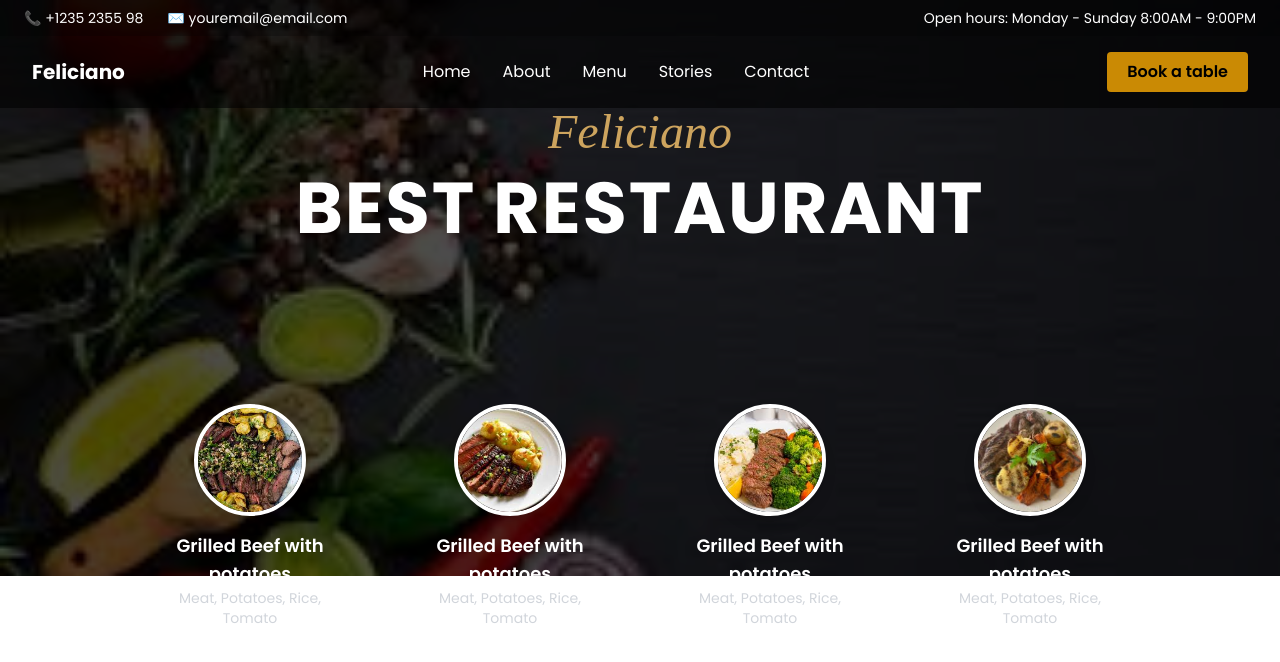
Repository: Purniagithub/Benttacproject
Page: /
The author's editor kept a copy of each file at every save. The page is drawn from the files as they stood at one save, then again after the next save.
The browser window is 1280 px wide. The pictures show the whole page.
Some web fonts or font styles are not loaded; a fallback is used. The project was rebuilt for these pictures with package versions that can differ from the ones it lists, and the page was loaded fresh each time. Also part of the build but not shown: vite.config.js.

Above is the page before, as saved 2025-08-21 14:50:18.

After the next save:
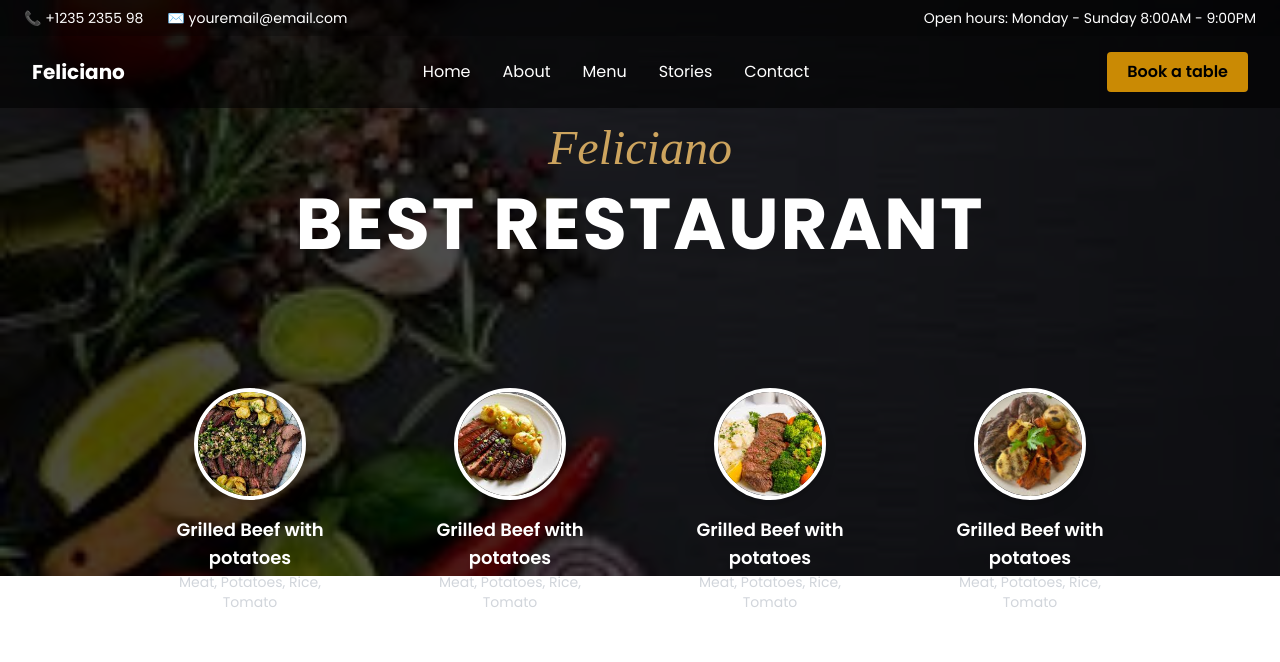
Saved 55 s later.
--- a/src/components/Hero.jsx
+++ b/src/components/Hero.jsx
@@ -10,31 +10,33 @@ const dishes = [
 const Hero = () => {
   return (
     <section
-      className="relative h-[80vh]  bg-cover bg-center flex flex-col justify-center items-center text-white"
+      className="relative h-[80vh] bg-cover bg-center flex flex-col justify-center items-center text-white px-4"
       style={{ backgroundImage: "url('/img-4.jpeg')" }}
     >
       {/* Dark overlay */}
       <div className="absolute inset-0 bg-black/70"></div>
 
       {/* Headings */}
-      <div className="relative z-10 text-center mt-40">
-        <h2 className="text-5xl font-serif italic text-[#CDA45E]">Feliciano</h2>
-        <h1 className="text-7xl font-extrabold tracking-wide mt-4 uppercase">
+      <div className="relative z-10 text-center mt-20 md:mt-32 lg:mt-40">
+        <h2 className="text-3xl md:text-4xl lg:text-5xl font-serif italic text-[#CDA45E]">
+          Feliciano
+        </h2>
+        <h1 className="text-4xl md:text-5xl lg:text-7xl font-extrabold tracking-wide mt-3 md:mt-4 uppercase">
           Best Restaurant
         </h1>
       </div>
 
       {/* Dish Cards */}
-      <div className="relative z-10 grid grid-cols-2 md:grid-cols-4 gap-20 mt-40">
+      <div className="relative z-10 grid grid-cols-1 sm:grid-cols-2 md:grid-cols-4 gap-10 md:gap-16 lg:gap-20 mt-16 md:mt-24 lg:mt-32">
         {dishes.map((dish) => (
           <div key={dish.id} className="text-center max-w-[180px] mx-auto">
             <img
               src={dish.img}
               alt={dish.name}
-              className="w-28 h-28 object-cover rounded-full mx-auto border-4 border-white shadow-lg"
+              className="w-24 h-24 md:w-28 md:h-28 object-cover rounded-full mx-auto border-4 border-white shadow-lg"
             />
-            <h3 className="mt-4 font-semibold text-lg">{dish.name}</h3>
-            <p className="text-sm text-gray-300">{dish.desc}</p>
+            <h3 className="mt-4 font-semibold text-base md:text-lg">{dish.name}</h3>
+            <p className="text-xs md:text-sm text-gray-300">{dish.desc}</p>
           </div>
         ))}
       </div>
